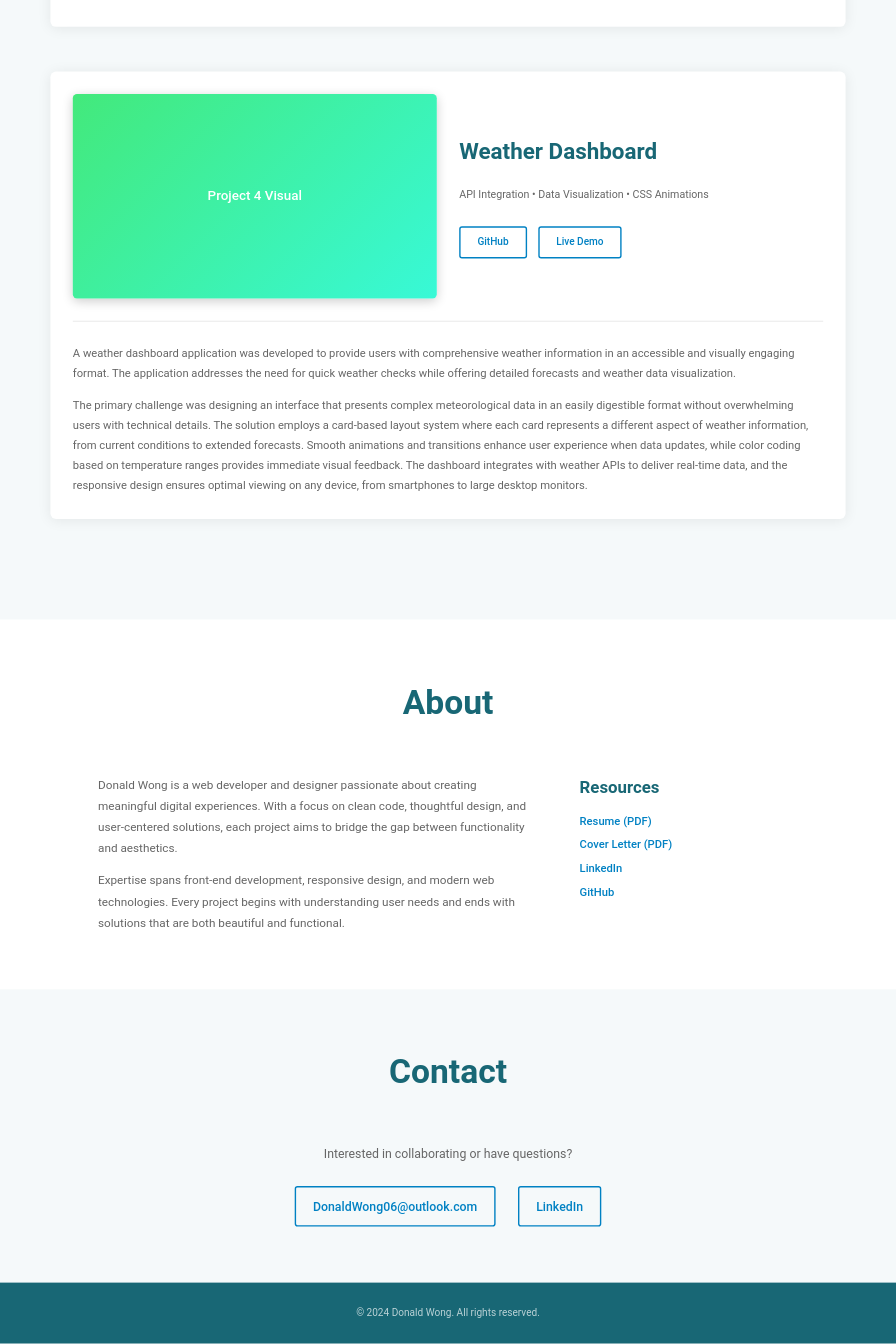
Repository: DonaldCWong/portfolio
Page: index.html
These files come from the project's save history. The page is drawn as it stood at one moment and after the next save; the edit follows.
The browser window is 1280 px wide. The pictures show the part of the page from y = 3005 to 4925 px (the page is 4925 px tall), at 70% of full size.

Above is the page before, as saved 2026-01-08 15:33:43.

After the next save:
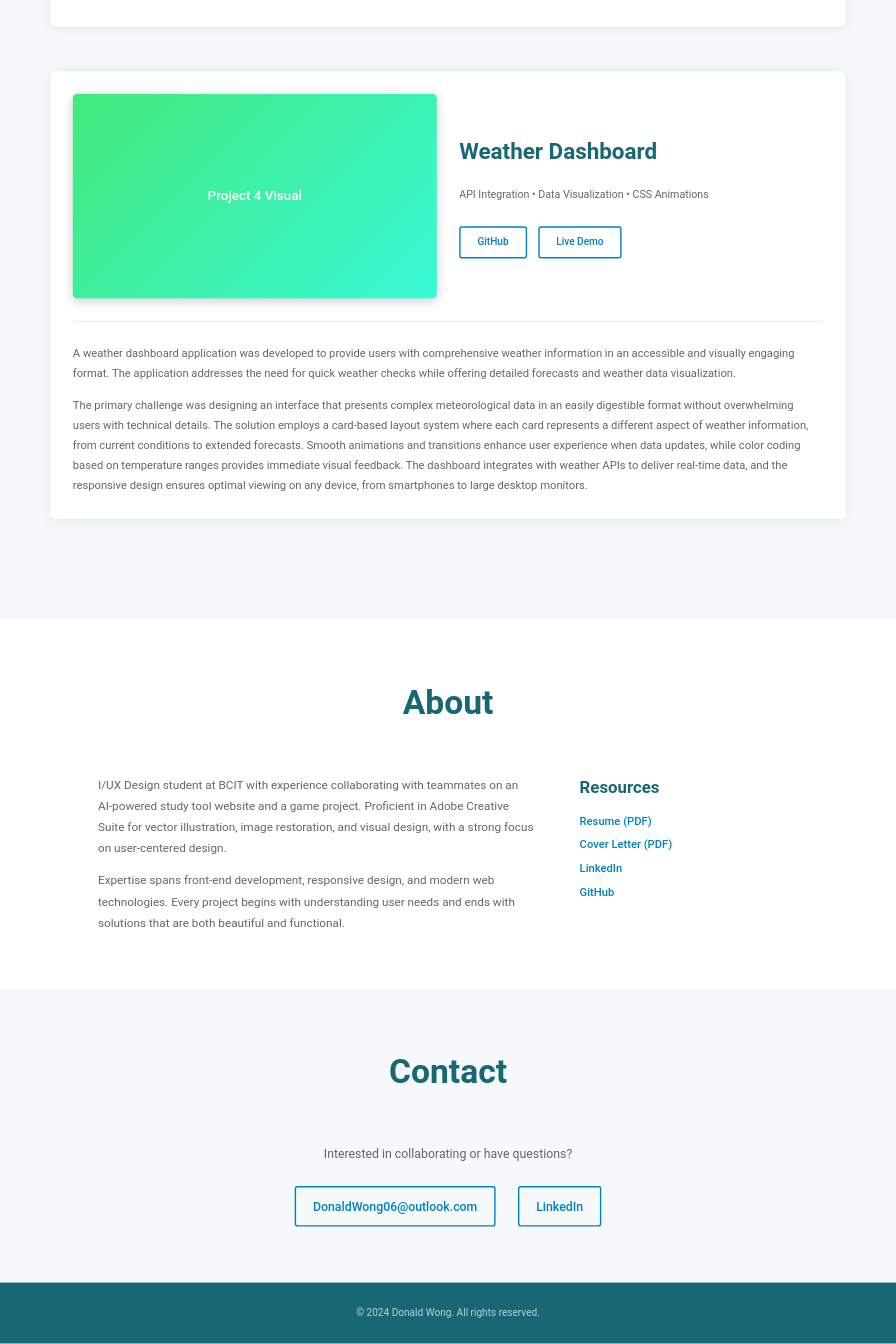
Saved 5 min 21 s later.
--- a/index.html
+++ b/index.html
@@ -154,8 +154,7 @@
             <div class="about-content">
                 <div class="about-text">
                     <p>
-                        Donald Wong is a web developer and designer passionate about creating meaningful digital experiences. With a focus on clean code, thoughtful design, and user-centered solutions, each project aims to bridge the gap between functionality and aesthetics.
-                    </p>
+                      I/UX Design student at BCIT with experience collaborating with teammates on an AI-powered study tool website and a game project. Proficient in Adobe Creative Suite for vector illustration, image restoration, and visual design, with a strong focus on user-centered design.
                     <p>
                         Expertise spans front-end development, responsive design, and modern web technologies. Every project begins with understanding user needs and ends with solutions that are both beautiful and functional.
                     </p>
